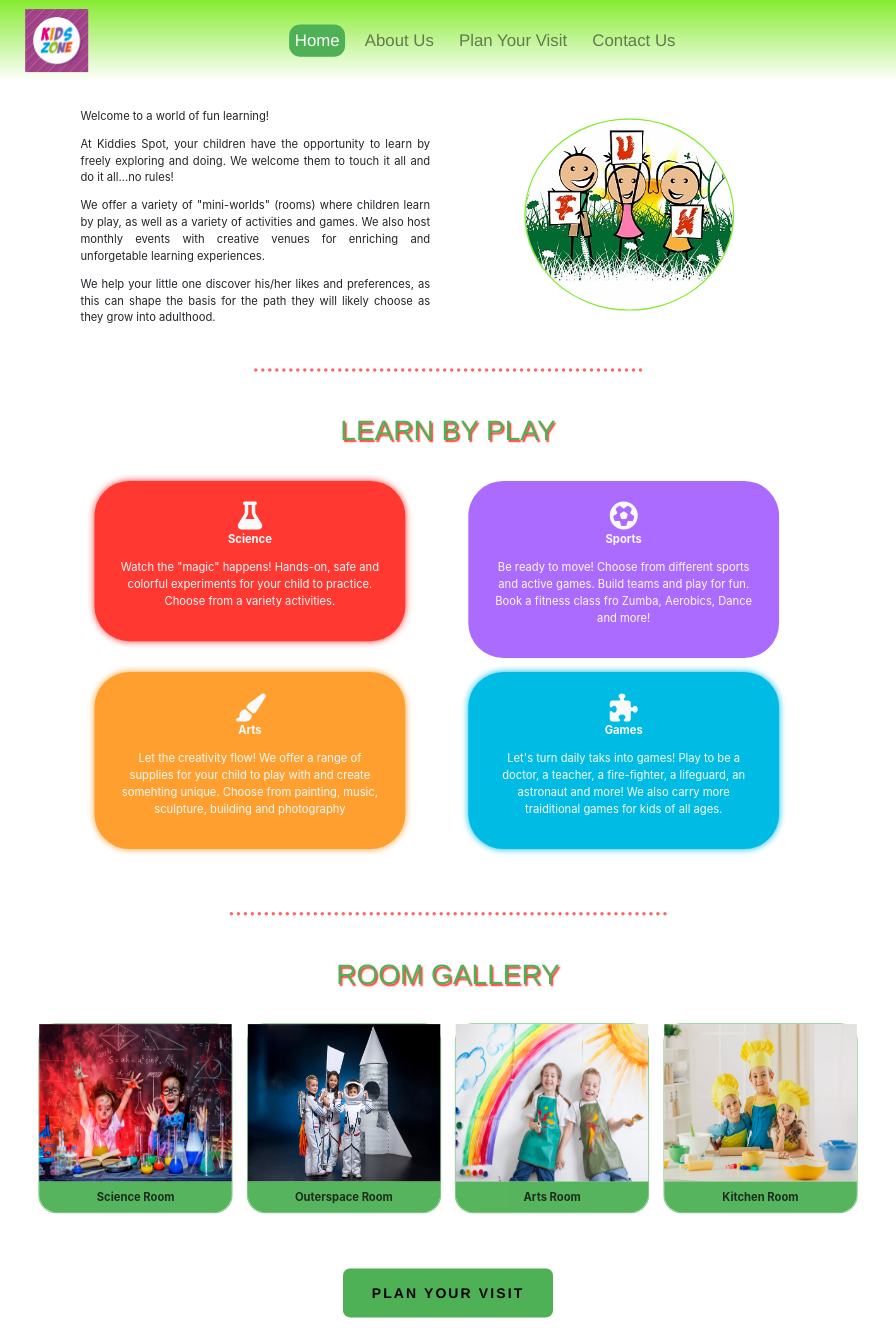
Repository: Code-Institute-Submissions/my-first-interactive-frontend-milestone-project
Page: index.html
The author's editor kept a record of every edit. The page is drawn from the files as they stood at one moment, then again after the next edit.
The browser window is 1280 px wide. The pictures show the part of the page from y = 0 to 1920 px (the page is 2620 px tall), at 70% of full size.
Some web fonts or font styles are not loaded; a fallback is used. Some web libraries are served in a nearby version.

Above is the page before.

After the next edit:
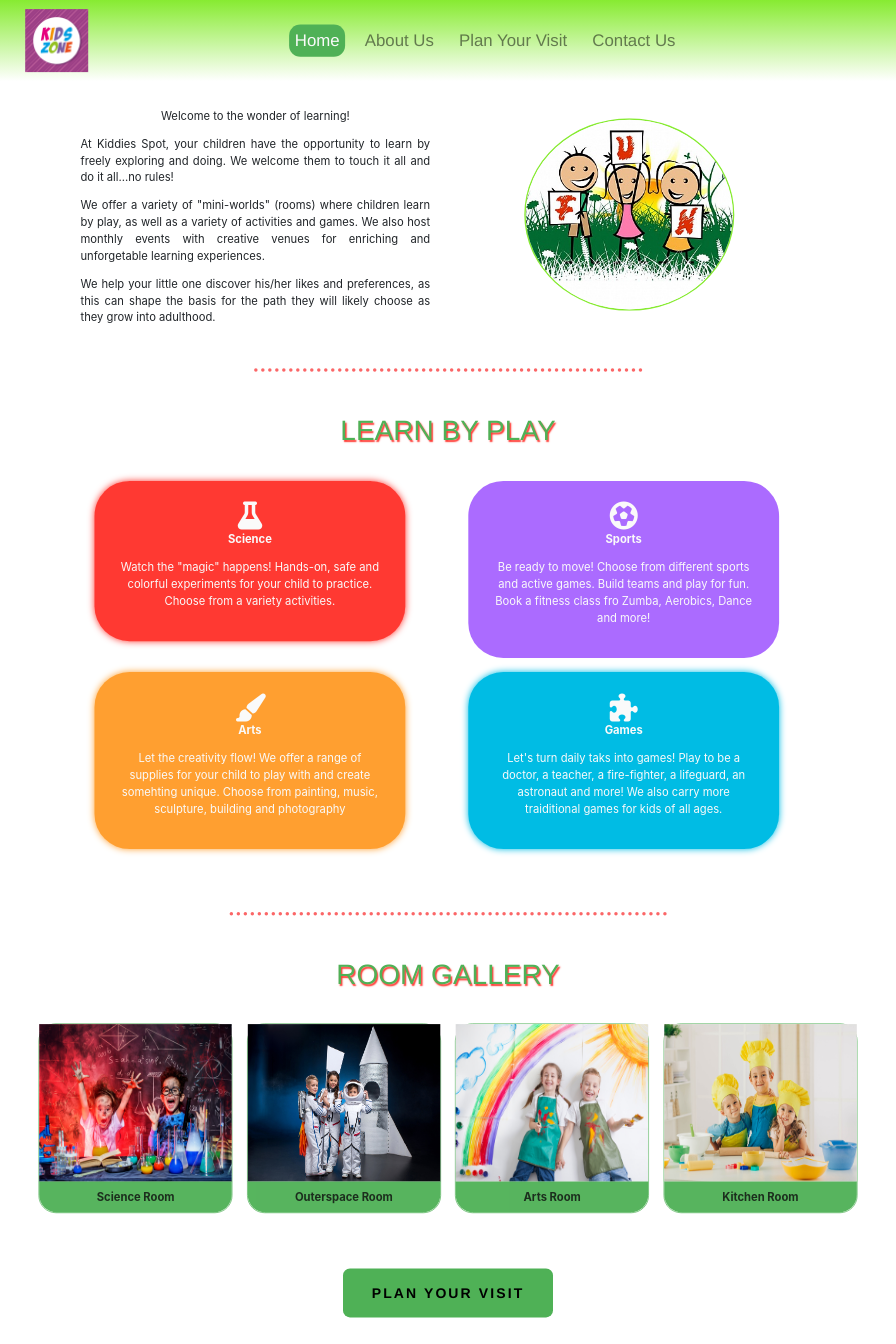
The edit:
--- a/index.html
+++ b/index.html
@@ -60,7 +60,7 @@
                 <div class="row">
                     <div class="col-12">
                         <div class="main-text-wrapper">
-                            <p>Welcome to a world of fun learning!</p>
+                            <p style = "text-align: center;">Welcome to the wonder of learning!</p>
                             <p>At Kiddies Spot, your children have the opportunity to learn by freely exploring and doing. We welcome them to touch it all and do it all...no rules!</p>
                             <p>We offer a variety of "mini-worlds" (rooms) where children learn by play, as well as a variety of activities and games. We also host monthly events with creative venues for enriching and unforgetable learning experiences.</p>
                             <p>We help your little one discover his/her likes and preferences, as this can shape the basis for the path they will likely choose as they grow into adulthood. </p>
